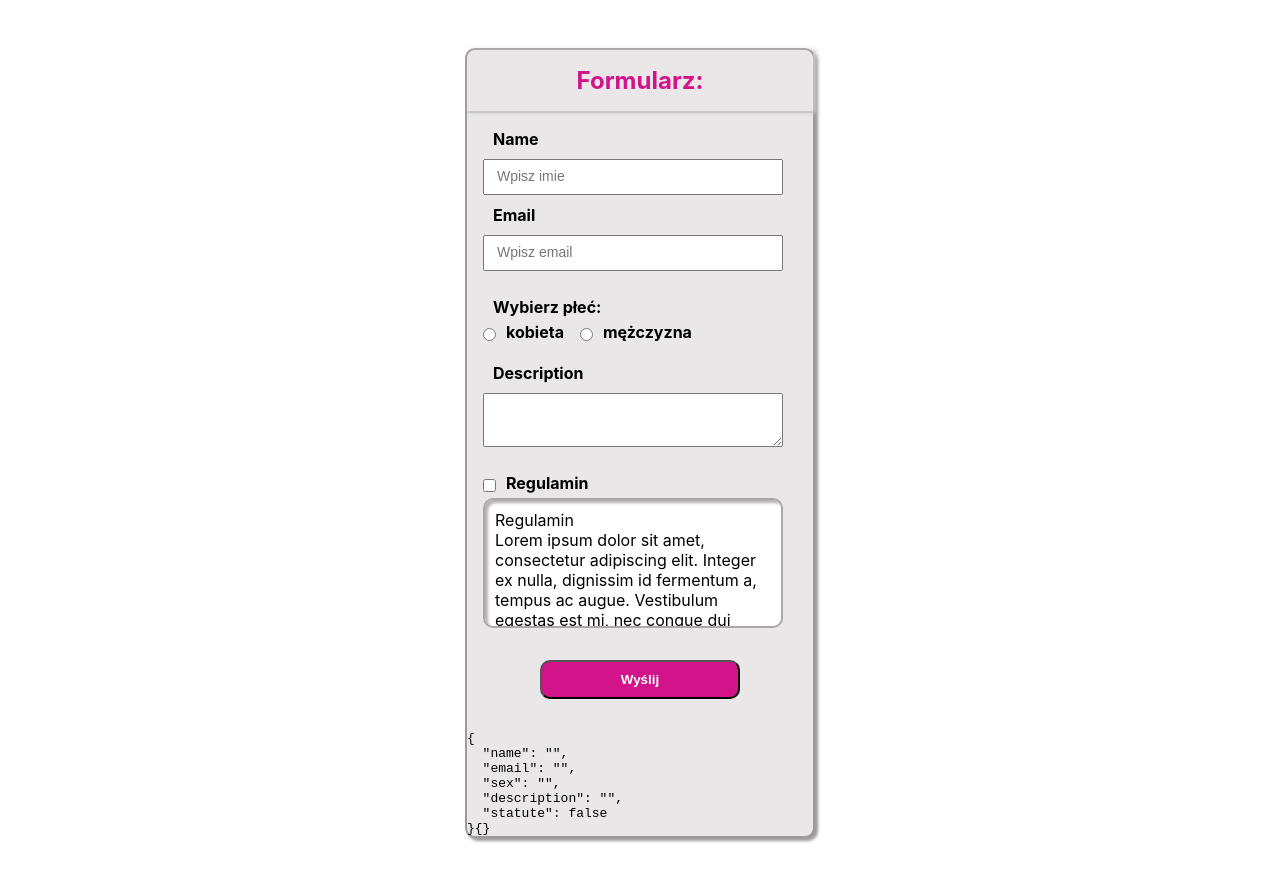
Repository: KrzysKolo/sr_tydzien4_zad3
Page: /
An editor plug-in stored every save of this project. The page is shown before and after the next save, followed by the edit.
The browser window is 1280 px wide. The pictures show the whole page.
The project was rebuilt for these pictures with package versions that can differ from the ones it lists, and the page was loaded fresh each time. Also part of the build but not shown: src/components/FormComponents/TextError.js.

Above is the page before, as saved 2020-11-19 15:22:41.

### src/App.js
import React from 'react';
import './App.css';
import FormikContainer from './components/Formik/FormikContainer';
import Header from './components/Header';
const App = () => {
  return (
    <main className="App">
      <Header />
      <FormikContainer />
    </main>
   );
}

export default App;

### src/App.css
* {
  margin: 0;
  padding: 0;
  box-sizing: border-box;
}
.App {
  margin: 3rem auto;
  width: 350px;
  background-color: rgb(235, 231, 232);
  border: 2px solid rgb(155, 155, 155);
  border-radius: 10px;
  box-shadow: 3px 3px 3px rgb(155, 155, 155);
}
.section {
  display: flex;
  flex-direction: column;
  margin: 1rem 1rem;
  justify-content: center;
}
label {
  font-weight: bold;
  display: flex;
  margin-bottom: 5px;
  margin-left: 10px;
}
input[type="text"],
input[type="email"],
textarea {
  display: block;
  width: 300px;
  padding: 6px 12px;
  font-size: 14px;
  line-height: 1.4285;
  color: #555;
  margin: 10px 0;
}
.error {
  color: red;
}
.row {
  display: flex;
  flex-direction: row;
  align-items: center;
  margin-right: 1rem;
}
.statute {
  border: 2px solid rgb(170, 169, 169);
  border-radius: 10px;
  box-shadow: inset 3px 3px 3px rgb(181, 177, 178);
  background: #ffffff;
  height: 130px;
  width: 300px;
  padding: 10px;
  overflow: auto;
}
.btn-send {
  background-color: rgba(211, 19, 137, 1);
  border-radius: 10px;
  color: white;
  cursor: pointer;
  font-weight: bold;
  margin: 1rem auto;
  padding: 10px;
  width: 200px;
  transition: all 0.3s ease-in-out;
}
.btn-send:hover {
  background-color: rgba(211, 19, 137, 0.5);
}
.header {
  color: rgba(211, 19, 137, 1);
  margin: 0 auto;
  text-align: center;
  font-weight: bold;
  border-bottom: 2px solid rgb(204, 201, 204);
  padding: 1rem;
  box-shadow: 3px 0 5px rgb(204, 201, 204);
}

### src/components/Formik/FormikContainer.js
import React, { useState } from 'react';
import { Formik, Form } from 'formik';
import * as yup from 'yup';
import FormikControl from './FormikControl';
import RadioOptions from './../../data/RadioOptions';

const FormikContainer = () => {
    const [systemMessage, setSystemMessage] = useState("");

    const onSubmit = (data, event) => {
      event.target.reset();
      setSystemMessage(<p>Dziękujemy za wysłanie!</p>);
    };
    const initialValues = {
        name: '',
        email: '',
        sex: '',
        description: '',
        statute: false,
    }

    const validationSchema = yup.object({
        name: yup.string().required("Imię jest obowiązkowe!").min(2,"Twóje imię musi mieć więcej niż 2 znaki!").max(30,'Twoje imię może mieć maxymalnie 30 znaków!'),
        email: yup.string().required("Email jest wymagany!").email("Adres zawiera błędy"),
        sex: yup.string().required('Zaznacz jedną wartość!'),
        description: yup.string().required('Wpisz kilka słów!').min(2, "Wpisz co najmniej 2 znaki").max(100, "Możesz wpisać max. 250 znaków"),
        statute: yup.boolean().required().oneOf([true], 'Musisz zaznaczyć regulamin!'),
    });
    const [ showMessage, setShowMessage ] = useState(false);

    return (
        <Formik
            initialValues={initialValues}
            validationSchema={validationSchema}
            onSubmit={onSubmit}
        >
            { ({formik, values, errors}) => (
                <Form className="form-wrapper">
                    <section className="section">
                        <FormikControl control='input' type='text' label='Name' name='name' placeholder="Wpisz imie"/>
                        <FormikControl control='input' type='email' label='Email' name='email' placeholder="Wpisz email"/>
                    </section>
                    <section className="section">
                        <FormikControl control='radio' label='Wybierz płeć: ' name='sex' options={RadioOptions}/>
                    </section>
                    <section className="section">
                        <FormikControl control='textarea' label='Description' name='description'/>
                    </section>
                    <section className="section">
                        <FormikControl control='checkbox' label='Regulamin' name='statute'/>
                        <div className="statute">
                            Regulamin<br/>
                            <p>Lorem ipsum dolor sit amet, consectetur adipiscing elit. Integer ex nulla, dignissim id fermentum a, tempus ac augue. Vestibulum egestas est mi, nec congue dui mollis vitae. Nam dictum lectus non mauris hendrerit efficitur. Donec imperdiet nec nibh et interdum. Fusce ornare consequat sapien. Pellentesque rhoncus tempor vulputate. Aliquam eu diam laoreet, tincidunt nulla ut, dignissim turpis. Aliquam est ante, luctus sed felis et, iaculis sollicitudin tellus. Cras congue tincidunt viverra. Sed vestibulum faucibus lacus, eu dictum lorem porta id. Praesent a placerat ligula. Vestibulum faucibus ornare erat, id elementum est vehicula eu. Nunc pulvinar dolor lacus. Vestibulum dapibus efficitur orci, ac rhoncus augue auctor ut.</p>
                        </div>
                    </section>
                    <section className="section">
                         <button className="btn-send" type="submit">Wyślij</button>
                    </section>
                    <pre>
                        {JSON.stringify(values, null, 2)}
                        {JSON.stringify(errors, null, 2)}

                    </pre>
                    <>{systemMessage}</>

                </Form>
            )

            }

        </Formik>
    )
}
export default FormikContainer;

### src/components/Header.js
import React from 'react';
const Header = () => {
    return (
        <section className="header">
            <h2>Formularz: </h2>
        </section>
     );
}

export default Header;

### src/components/Formik/FormikControl.js
import { Input, Radio, Checkbox, TextArea } from './../FormComponents/';


const FormikControl = (props) => {
    const { control, ...rest } = props;
    switch(control) {
        case 'input': return <Input {...rest} />
        case 'radio': return <Radio {...rest} />
        case 'textarea': return <TextArea {...rest} />
        case 'checkbox': return <Checkbox {...rest} />
        default: return null
    }
}

export default FormikControl;

### src/data/RadioOptions.js
const RadioOptions=[
    { id: 0, value: "kobieta", label: 'kobieta' },
    { id: 1, value: "mężczyzna", label: 'mężczyzna' },
   ];
export default RadioOptions;

### src/components/FormComponents/index.js
export { default as Input } from "./Input";
export { default as Radio } from "./Radio";
export { default as Checkbox } from "./Checkbox";
export { default as TextArea } from "./TextArea";

### src/components/FormComponents/Input.js
import React from 'react';
import{ Field, ErrorMessage } from 'formik';
import TextError from './TextError';

const Input = (props) => {
    const { label, name, ...rest } = props;
    return (
        <div className="form-control">
             <label htmlFor={name}>{label}</label>
            <Field id={name} name={name} {...rest} />
            <ErrorMessage name={name} component={TextError} />
        </div>
     );
}

export default Input;

### src/components/FormComponents/Radio.js
import React from 'react';
import{ Field, ErrorMessage } from 'formik';
import TextError from './TextError';

const Radio = (props) => {
    const { label, name, options, ...rest } = props;
    return (
        <div className="form-control">
            <label htmlFor={name}>{label}</label>
            <div className="row">
                <Field name={name} {...rest}>
                    {
                    ({ field }) => {
                        return options.map(option => {
                            return (
                                <div className="row" key={option.id} >
                                    <input type='radio' id={option.id} {...field} value={option.value} checked={field.value === option.value}/>
                                    <label htmlFor={option.id}>{option.label}</label>
                                </div>
                            )
                        })
                    }
                    }
                </Field>
            </div>
            <ErrorMessage name={name} component={TextError} />
        </div>
     );
}

export default Radio;

### src/components/FormComponents/Checkbox.js
import React from 'react';
import{ Field, ErrorMessage } from 'formik';
import TextError from './TextError';

const Checkbox = (props) => {
    const { label, name, ...rest } = props;
    return (
        <div className="form-control">
            <div className="row">
                <Field type='checkbox' id={name} name="statute" {...rest}/>
                <label htmlFor={name}>{label}</label>
            </div>
            <ErrorMessage name={name} component={TextError} />
        </div>
     );
}

export default Checkbox;

### src/components/FormComponents/TextArea.js
import React from 'react';
import{ Field, ErrorMessage } from 'formik';
import TextError from './TextError';

const TextArea = (props) => {
    const { label, name, ...rest } = props;
    return (
        <div className="form-control">
            <label htmlFor={name}>{label}</label>
            <Field as ='textarea' id={name} name={name} {...rest} />
            <ErrorMessage name={name} component={TextError} />
        </div>
     );
}

export default TextArea;

Loaded but not shown: public/index.html (common file); src/index.js (common file); src/index.css (common file)

After the next save:
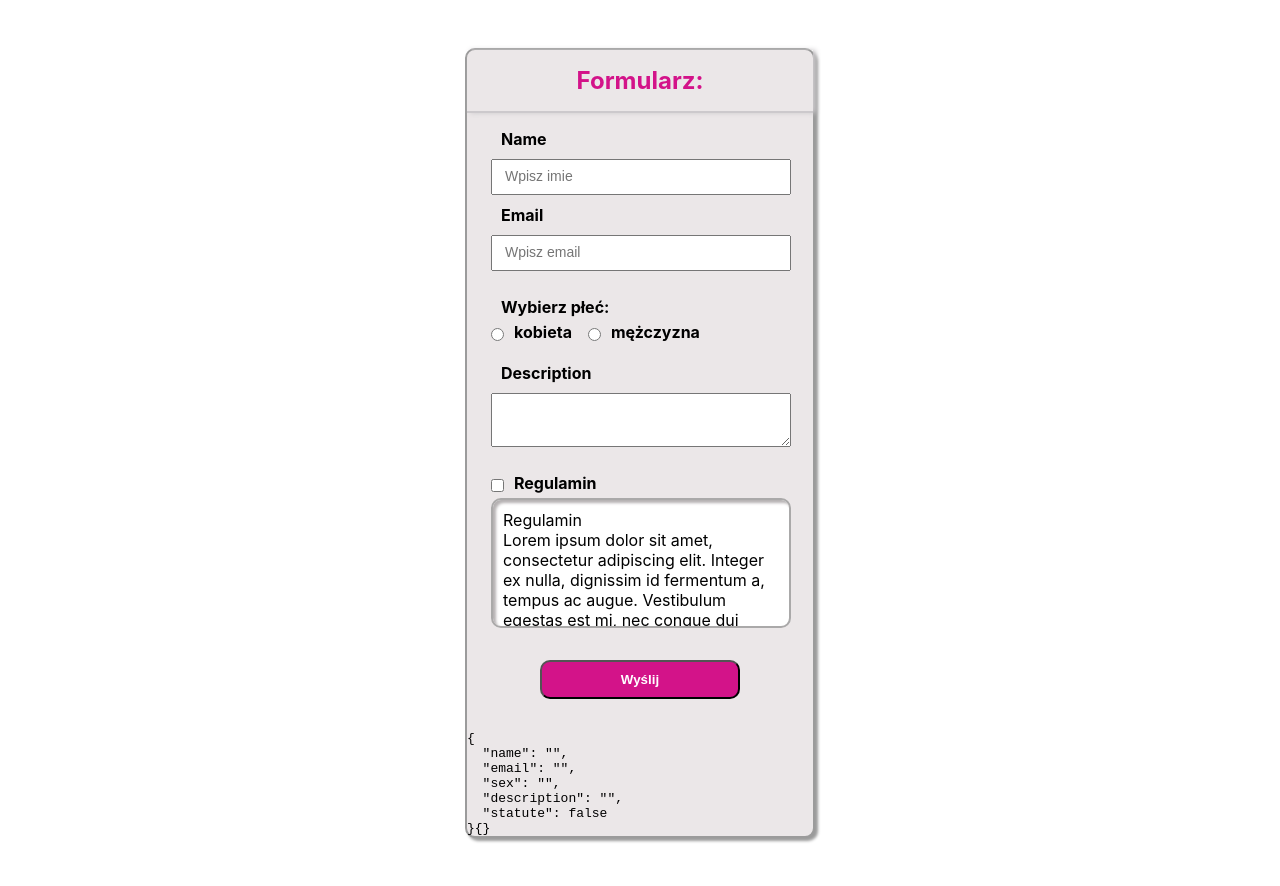
Saved 9 s later.
--- a/src/App.css
+++ b/src/App.css
@@ -14,7 +14,7 @@
 .section {
   display: flex;
   flex-direction: column;
-  margin: 1rem 1rem;
+  margin: 1rem 1.5rem;
   justify-content: center;
 }
 label {
